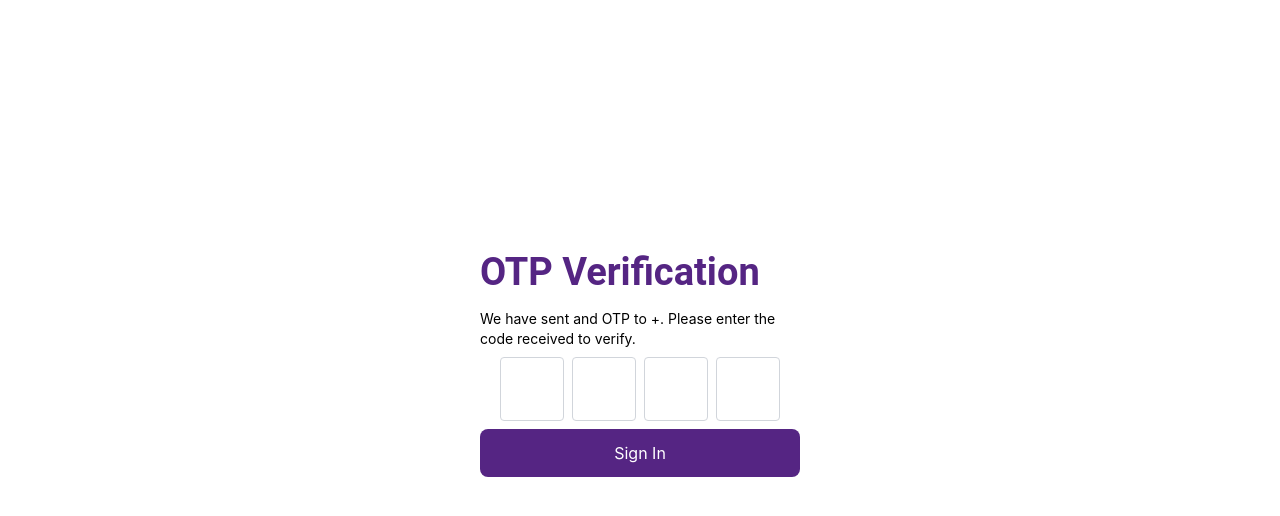
Repository: jayaprakash27/helloar-task
Page: /
The author's editor kept a copy of each file at every save. The page is drawn from the files as they stood at one save, then again after the next save.
The browser window is 1280 px wide. The pictures show the whole page.
The project was rebuilt for these pictures with package versions that can differ from the ones it lists, and the page was loaded fresh each time.

Above is the page before, as saved 2023-10-27 00:12:31.

After the next save:
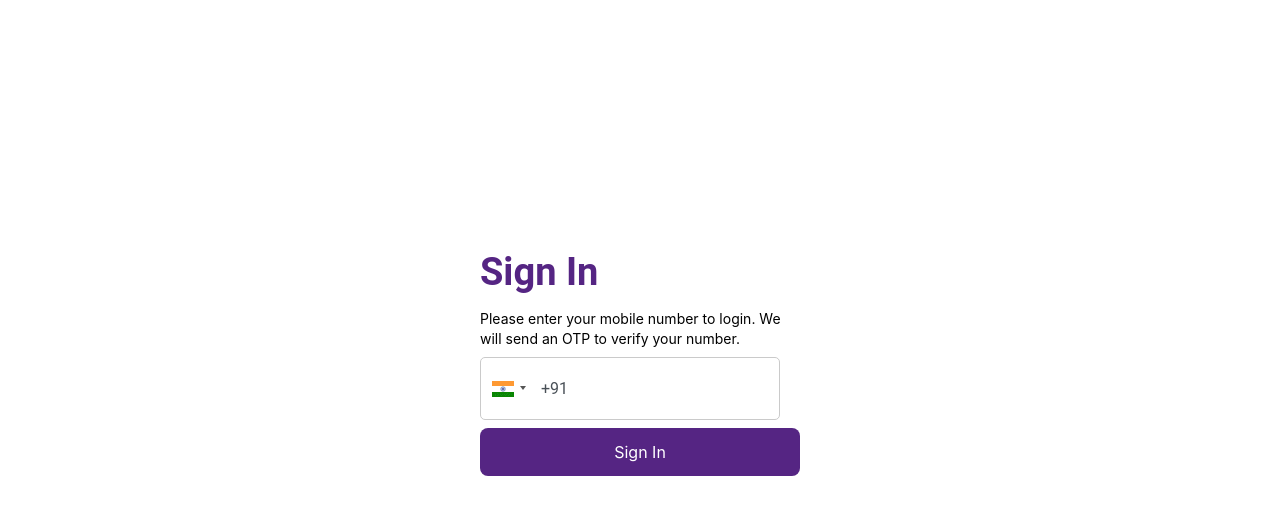
Saved 13 s later.
--- a/src/components/Login.jsx
+++ b/src/components/Login.jsx
@@ -62,7 +62,7 @@ function Login() {
 
   return (
     <div className="login-page">
-        { otpSent ?
+        { !otpSent ?
       <div className=" login-box flex flex-col w-80 items-center gap-2 justify-center">
         <h1 className=" text-primary-color w-full text-left font-semibold"> Sign In</h1>
         <p className=" text-sm">
